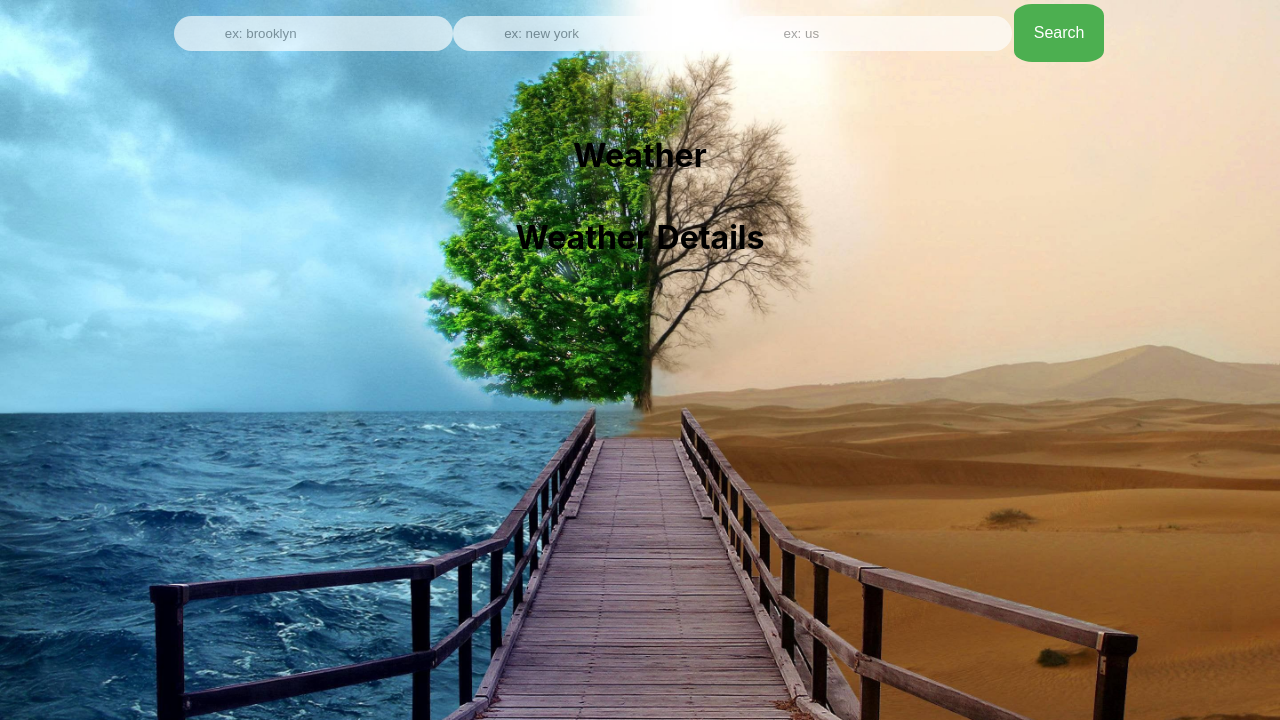
Repository: Mohsin231/Weather_App
Page: /
An editor plug-in stored every save of this project. The page is shown before and after the next save, followed by the edit.
The browser window is 1280 px wide. The pictures show the whole page.
The project was rebuilt for these pictures with package versions that can differ from the ones it lists, and the page was loaded fresh each time.

Above is the page before, as saved 2021-01-25 04:23:36.

### src/App.js
import React, { useState } from 'react'
import Weather from './Components/Weather'
import WeatherDetails from './Components/WeatherDetails'
import SearchForm from './Components/SearchForm'
import { Route } from 'react-router-dom';
import './App.css';


function App() {

  const [data, setData] = useState({
    city:"",
    state:"",
    country:""
  })

  const [weatherData, setWeatherData] = useState(null);

  const [weatherDetails, setWeatherDetails] = useState(null);



  function handleChange(event) {
    setData({...data, [event.target.id]:event.target.value})
    console.log(data)

    }



  return (
    <>

    <div className="App">
      <SearchForm
      handleChange={handleChange}
      data={data}
      setData={setData}
      setWeatherData={setWeatherData}
      setWeatherDetails={setWeatherDetails}
      />

<Route path="/" exact component={() => <Weather data={data} setData={setData} weatherData={weatherData}  />} />
<Route path="/" exact component={() => <WeatherDetails data={data} setData={setData} weatherDetails={weatherDetails} />} />




    </div>
    </>

  );
}

export default App;

### src/Components/Weather.js
import React, { useState, useEffect } from "react";
import WeatherDetails from "../Components/WeatherDetails";
import '../Weather.css';


const Weather = ({ data, setData, weatherData }) => {
  const [action, setAction] = useState("");

  return (
      <div className="main">
        <h1>Weather</h1>

        {weatherData &&
        (
          <div className="city-container">

            <div className="city">
            <h2 className="city-name">
              <span>{weatherData.name}, {weatherData.sys.country}</span>
            </h2>

            <div className="city-temp">
              {Math.round(weatherData.main.temp)}
              <sup>&deg;F</sup>
            </div>

            <div className="icon">
              <img className="city-icon" src={`https://openweathermap.org/img/wn/${weatherData.weather[0].icon}@2x.png`} alt={weatherData.weather[0].description} />
              <p>{weatherData.weather[0].description}</p>
            </div>
            </div>

            <button onClick = {() => {setAction("moreDetails")}} id="moreDetails">Show more details...</button>
            </div>


)
}
      {
        action === "moreDetails"
        &&
        <WeatherDetails/>
      }
      </div>

    );
}

export default Weather;
//extracts information



// {weatherData && (
//   <div className="city"
//   <h2 className="city">
//     <span>{weatherData.name}, {weatherData.sys.country}</span>
//   </h2>

// <div className="city-temp">
//   {Math.round(weatherData.main.temp)}
//   <sup>&deg;F</sup>
// </div>

// <div className="city-icon">
// <img className="weather-icon" src={`http://openweathermap.org/img/wn/${weatherData.weather[0].icon}@2x.png`} alt={weatherData.weather[0].description} />
// <p>{weatherData.weather[0].description}</p>
// </div>

// </div>

// )}

// </div>
// </>

### src/Components/WeatherDetails.js
import React, { useState, useEffect } from "react";
import '../WeatherDetails.css';

const WeatherDetails = ({data, setData, weatherDetails }) => {

  return (
    <div className="main">
      <h1>Weather Details</h1>

      {weatherDetails &&
      (
        <div className="moreInfo">
          <h2>Feels Like: {weatherDetails.main.feels_like}</h2>
          <h2>Min: {weatherDetails.main.temp_min}, Max:{weatherDetails.main.temp_max}</h2>
          <h2>Humidity: {weatherDetails.main.humidity}</h2>
          <h2>Wind Speed: {weatherDetails.wind.speed}</h2>
          </div>

)
}

    </div>

  );
}

export default WeatherDetails;
//displays details of weather

### src/Components/SearchForm.js
import React, {useEffect} from 'react';
import '../SearchForm.css';
//search


  // Destructure props object
  function SearchForm({handleChange, data, setData, setWeatherData, setWeatherDetails }) {


    const getData = () => {

      let url = `http://api.openweathermap.org/data/2.5/weather?q=${data.city},${data.state},${data.country}&units=imperial&appid=${process.env.REACT_APP_ONEDAY}`

    fetch(url)
      .then(res => res.json())
      .then(res => {
        console.log(res)
        setWeatherData(res);
        setWeatherDetails(res)
      })
      .catch(err => {
        console.error(err);
      });}

  function handleSubmit(event) {
    event.preventDefault();
    getData();
  }

    return (
      <form onSubmit={handleSubmit} className="searchForm">
        <input
          className="search"
          id="city"
          placeholder="ex: brooklyn"
          type="text"
          name="searchString"
          required
          onChange={handleChange}
          value={data.city}
        />
        <input
        className="search"
          id="state"
          placeholder="ex: new york"
          type="text"
          name="searchString"
          required
          onChange={handleChange}
          value={data.state}
        />
        <input
        className="search"
          id="country"
          placeholder="ex: us"
          type="text"
          name="searchString"
          required
          onChange={handleChange}
          value={data.country}
        />
        <button className="button">Search</button>
      </form>
    );
  }
  export default SearchForm;

### src/App.css
.App {
  text-align: center;

}

body {
  background: url("./images/weatherBackground.jpg");
  background-size: cover;
  background-repeat: no-repeat;
}

### src/Weather.css

.main {
    height: 100%;
    display: flex;
    justify-content: center;
    align-items: center;
    flex-direction: column;
  }

  .city {
    padding: 40px, 40px, 60px, 60px;
    border-radius: 25px;
    background: rgba(235, 230, 230, 0.85);
}

#moreDetails {
    margin-top: 100px;
}

### src/WeatherDetails.css
.more-info {
    padding: 40px, 40px, 60px, 60px;
    border-radius: 25px;
    background: rgba(235, 230, 230, 0.85);

}
.main {
    height: 100%;
    display: flex;
    justify-content: center;
    align-items: center;
    flex-direction: column;
  }

### src/SearchForm.css
.search {
    outline: none;
    padding: 10px 4%;
    border-radius: 20px;
    border: none;
    margin-bottom: 5%;
    opacity: 0.65;
}
.button {
    background-color: #4CAF50;
    border: none;
    color: white;
    padding: 20px;
    text-align: center;
    text-decoration: none;
    display: inline-block;
    font-size: 16px;
    margin: 4px 2px;
    border-radius: 20%;
  }

Loaded but not shown: public/index.html (common file); src/index.js (common file); src/index.css (common file); src/reportWebVitals.js (common file)

After the next save:
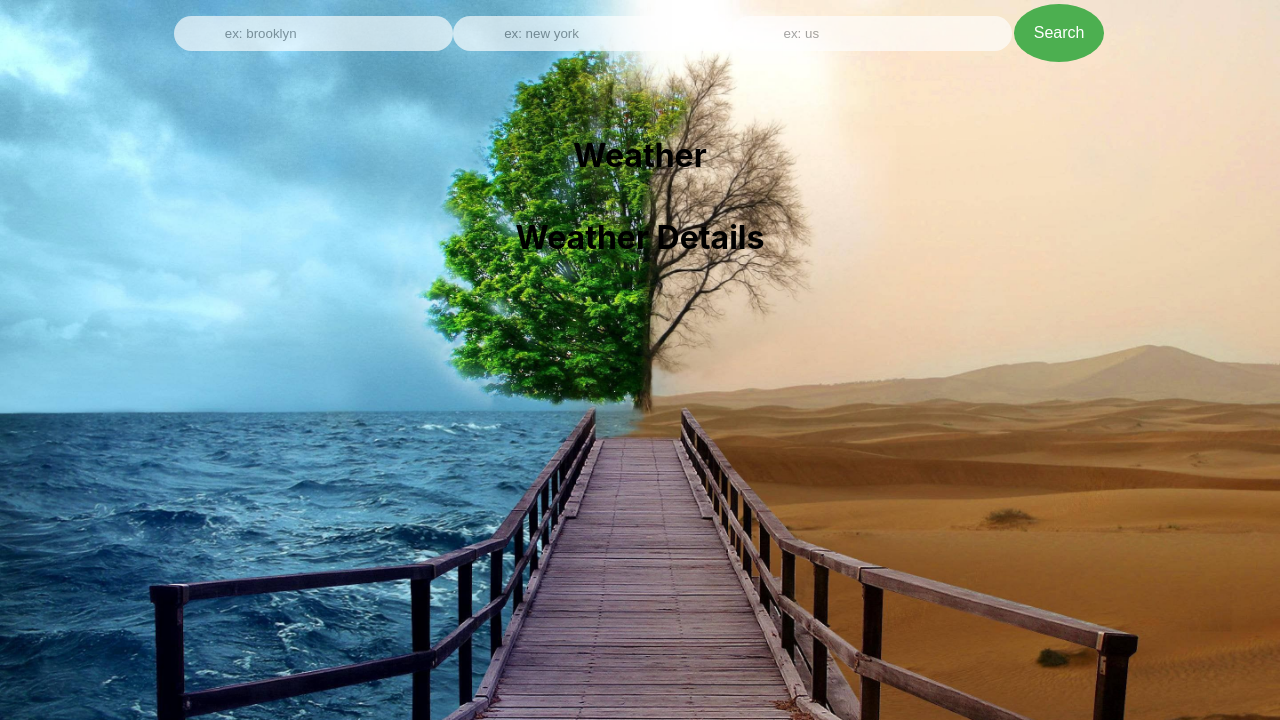
Saved 5 s later.
--- a/src/SearchForm.css
+++ b/src/SearchForm.css
@@ -16,5 +16,5 @@
     display: inline-block;
     font-size: 16px;
     margin: 4px 2px;
-    border-radius: 20%;
+    border-radius: 70%;
   }
